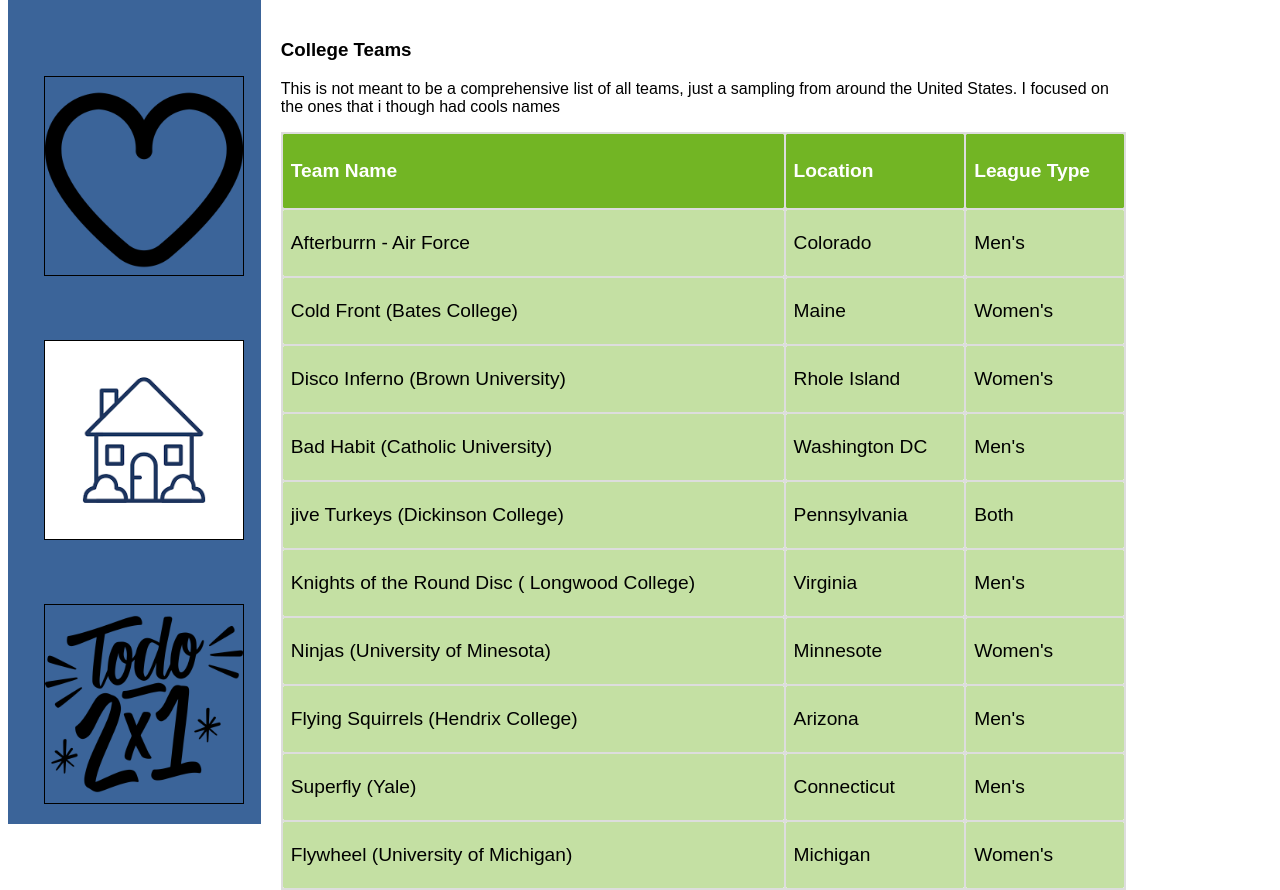
Repository: Tram-anh99/Blockchain_Funix
Page: CSS/Lab6_2.html
The author's editor kept a copy of each file at every save. The page is drawn from the files as they stood at one save, then again after a run of saves.
The browser window is 1280 px wide. The pictures show the part of the page from y = 342 to 1232 px (the page is 1232 px tall).

Above is the page before, as saved 2023-07-20 01:01:20.

### CSS/Lab6_2.html
<!DOCTYPE html>
<html lang="en">
      <head>
            <title></title>
            <meta charset="UTF-8">
            <meta name="viewport" content="width=device-width, initial-scale=1">
            <link href="Lab6_2.css" rel="stylesheet">
      </head>
      <body>
            <header>
                  <h1>ULIMATE FRISBEE TEAMS</h1>
                  <div>
                        <p>Home</p>
                        <p id="index">Teams</p>
                        <p>History</p>
                        <p>USA Ultimate</p>
                  </div>
            </header>
            <section>
                  <nav>
                        <ul>
                          <ol><img src="./img/heart.png" alt=""></ol>
                          <ol><img src="./img/images.png" alt=""></ol>
                          <ol><img src="./img/sales.png" alt=""></ol>
                        </ul>
                      </nav>

                      <article>
                        <h1>College Teams</h1>
                        <p>This is not meant to be a comprehensive list of all teams, just a sampling from around the United States. I focused on the ones that i though had cools names</p>
                        <table>
                              <tr>
                                    <th>Team Name</th>
                                    <th>Location</th>
                                    <th>League Type</th>
                              </tr>
                              <tr>
                                    <td>Afterburrn - Air Force</td>
                                    <td>Colorado</td>
                                    <td>Men's</td>
                              </tr>
                              <tr>
                                    <td>Cold Front (Bates College)</td>
                                    <td>Maine</td>
                                    <td>Women's</td>
                              </tr>
                              <tr>
                                    <td>Disco Inferno (Brown University)</td>
                                    <td>Rhole Island</td>
                                    <td>Women's</td>
                              </tr>
                              <tr>
                                    <td>Bad Habit (Catholic University)</td>
                                    <td>Washington DC</td>
                                    <td>Men's</td>
                              </tr>
                              <tr>
                                    <td>jive Turkeys (Dickinson College)</td>
                                    <td>Pennsylvania</td>
                                    <td>Both</td>
                              </tr>
                              <tr>
                                    <td>Knights of the Round Disc ( Longwood College)</td>
                                    <td>Virginia</td>
                                    <td>Men's</td>
                              </tr>
                              <tr>
                                    <td>Ninjas (University of Minesota)</td>
                                    <td>Minnesote</td>
                                    <td>Women's</td>
                              </tr>
                              <tr>
                                    <td>Flying Squirrels (Hendrix College)</td>
                                    <td>Arizona</td>
                                    <td>Men's</td>
                              </tr>
                              <tr>
                                    <td>Superfly (Yale)</td>
                                    <td>Connecticut</td>
                                    <td>Men's</td>
                              </tr>
                              <tr>
                                    <td>Flywheel (University of Michigan)</td>
                                    <td>Michigan</td>
                                    <td>Women's</td>
                              </tr>
                        </table>
                      </article>
            </section>
            <footer>

            </footer>
      </body>
</html>

### CSS/Lab6_2.css
* {
      box-sizing: border-box;
}

body {
      font-family: Arial, Helvetica, sans-serif;
}
header{
    /*
    margin: -20px;    */
    background-image:url("./img/img1.jpg") ;
    /* background-color: #666; */
    padding: 30px;
    text-align: center;
    font-size: 35px;
    color: white;
}
header h1 {
      text-align: center;
      font-style: inherit;
      font-size: larger;
      padding: 20px;
}
header p{
      margin: 30px;
      padding: 15px 35px;
      text-decoration: dotted;
      border-radius: 5px;
      opacity: inherit;
      text-align: center;
      display: inline-flex;
      justify-content:space-between;
      align-items: center;
      flex-flow: 1;
      background: rgba(243, 242, 245, 0.555);
      opacity: 5px;
}
nav  {
      /* margin-left: -7px;
      margin-right: 4px;
      float: left;
      width: 30%;
      height: 1000px;
      background: #ccc;
      padding: 20px;
      border: 1px solid red; */
      float: left;
      width: 20%;
      height: 200% ;
      background: #3b6499;
      /* padding: 20px; */
    }
nav a{
      margin: 35px;
      padding: 15px 40px;
      border-radius: 5px;
      opacity: inherit;
      /* text-align: left; */
      display: inline-flex;
      justify-content:space-between;
      /* float: left; */
      align-items:flex-start;
      background: rgba(224, 228, 22, 0.555);
      opacity: 5px;
}
article{
      /* margin-right: 3px;
      margin-left: -6px;
      float: right;
      width: 70%;
      background: #ffffff;
      padding: 20px;
      border: 1px solid red; */
      float: left;
      padding: 20px;
      width: 70%;
      /* background-color: #f1f1f1; */
      height: 300px;
      display: inline;
}
table {
      font:500;
      width: 100%;
      line-height: 50px;
      border-collapse: collapse;
      text-align: left;
      font-size: larger;
      border: 2px solid rgb(155, 194, 47);
      border-radius: 5px;
}
td,th{
      border: 2px solid #ddd;
      padding: 8px;
      border-radius: 5px;
}
th {
      padding-top: 12px;
      padding-bottom: 12px;
      text-align: left;
      background-color: #5daa04cb;
      color: white;
      border-radius: 5px;
}
tr{
      background-color: #5daa045d;
}
img{
      margin-left: -30px;
      margin-right: 20px;
      margin-top: 60px;
      padding: auto;
      display: inline-block;
      position: relative;
      left: 50%;
      transform: translateX(-50%);
      width: 200px;
      height: 200px;
      border: 1px solid black;
}
#index{
      background: #ddd;
      color: rgb(0, 38, 255);
}

After the next 2 saves:
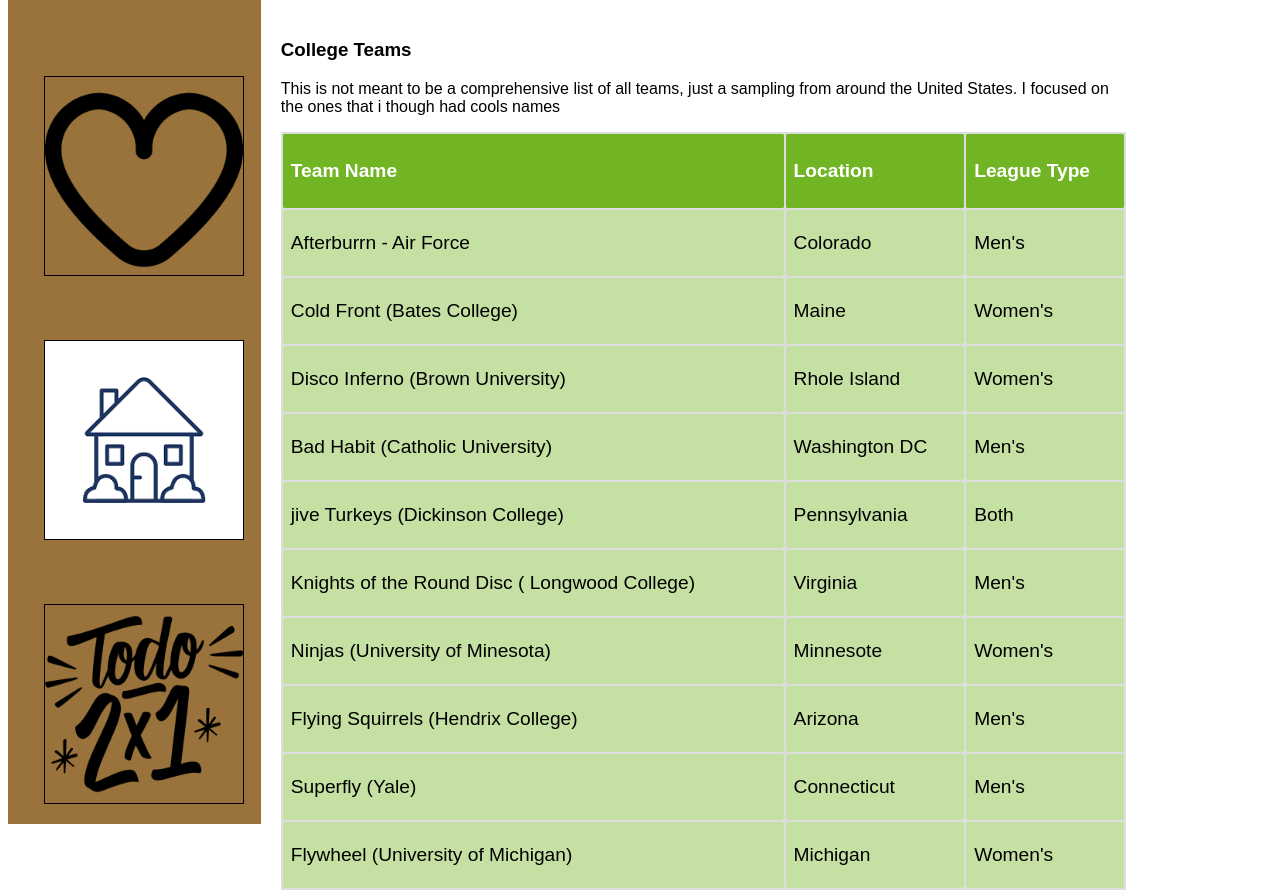
The 2 saves are shown as one change because they came seconds apart.
The last was saved 18 s later.
--- a/CSS/Lab6_2.css
+++ b/CSS/Lab6_2.css
@@ -47,7 +47,7 @@
       float: left;
       width: 20%;
       height: 200% ;
-      background: #3b6499;
+      background: #99733b;
       /* padding: 20px; */
     }
 nav a{
